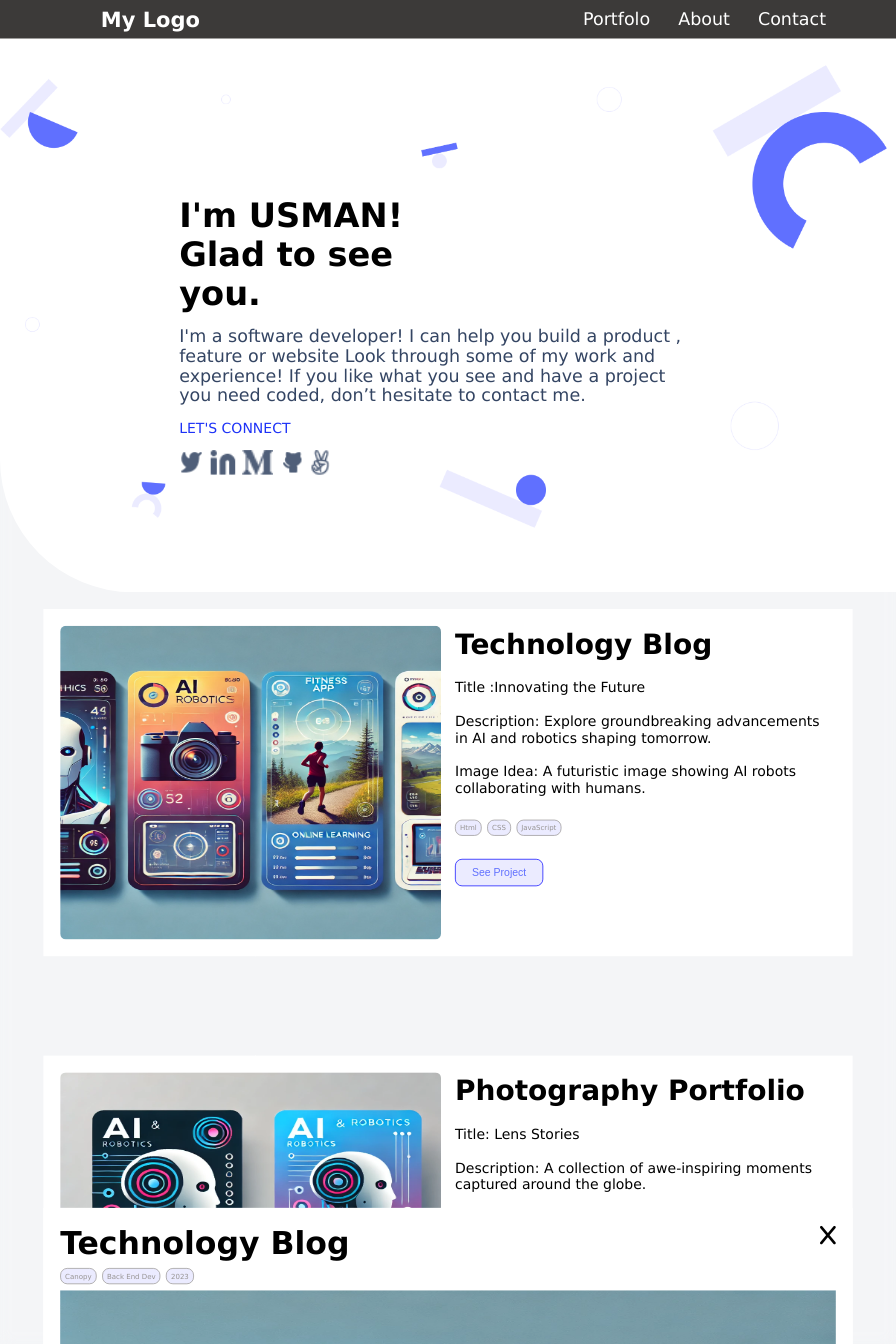
Repository: usman3123/portfolio-template-3
Page: index.html
An editor plug-in stored every save of this project. The page is shown before and after the next save, followed by the edit.
The browser window is 1280 px wide. The pictures show the part of the page from y = 0 to 1920 px (the page is 4613 px tall), at 70% of full size.
Empty fields were first filled with sample values (such as "Sample", 5 or name@example.com).
After loading, the first visible `#cardbtn` was clicked once.
Some web libraries are served in a nearby version.

Above is the page before, as saved 2025-01-30 10:13:34.

After the next save:
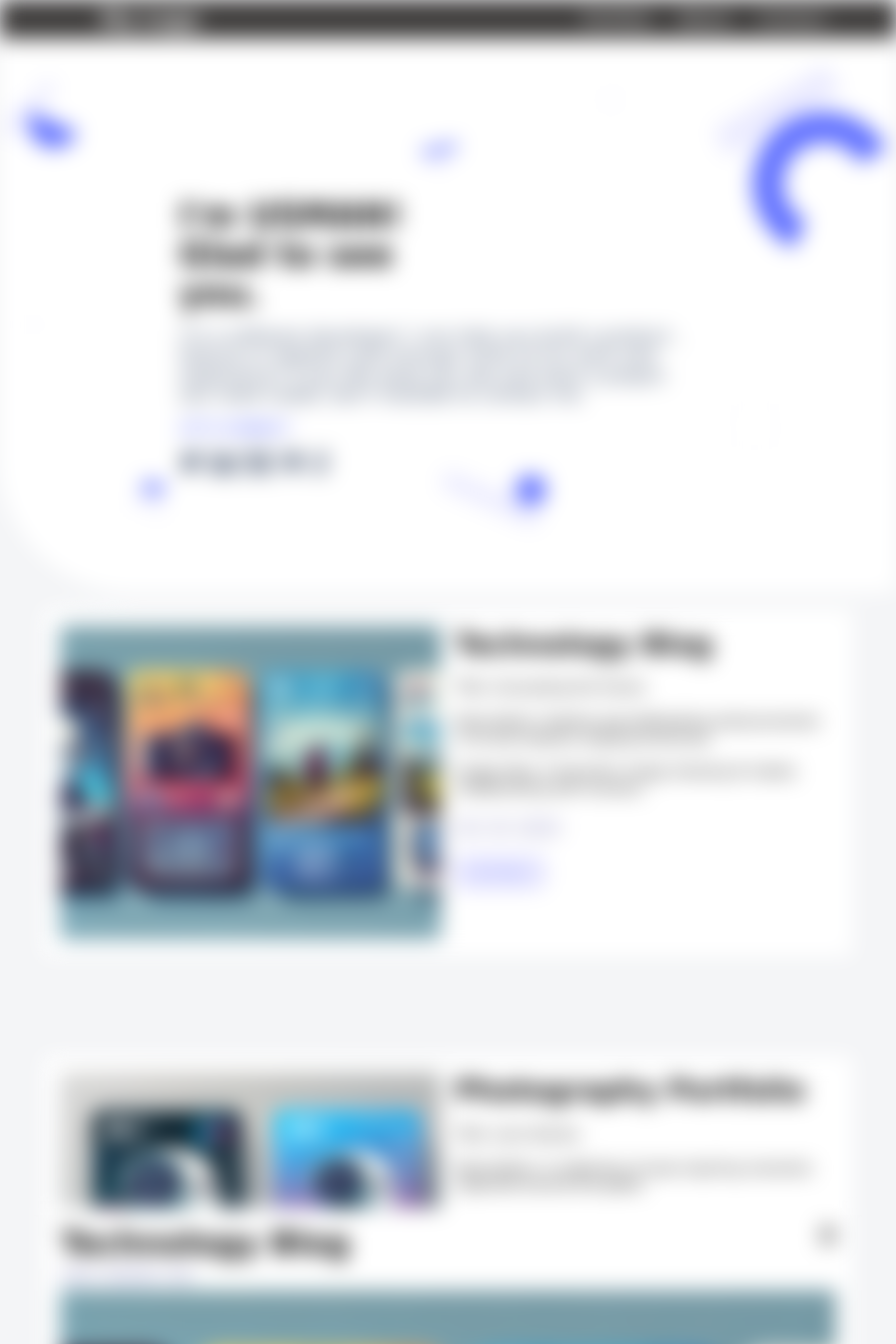
Saved 61 s later.
--- a/style.css
+++ b/style.css
@@ -315,7 +315,7 @@ html {
     display: none;
 }
 .blur {
-    backdrop-filter: blur(10px);
+    filter: blur(15px);
 }
 .heading > h2{
     align-items: center;
